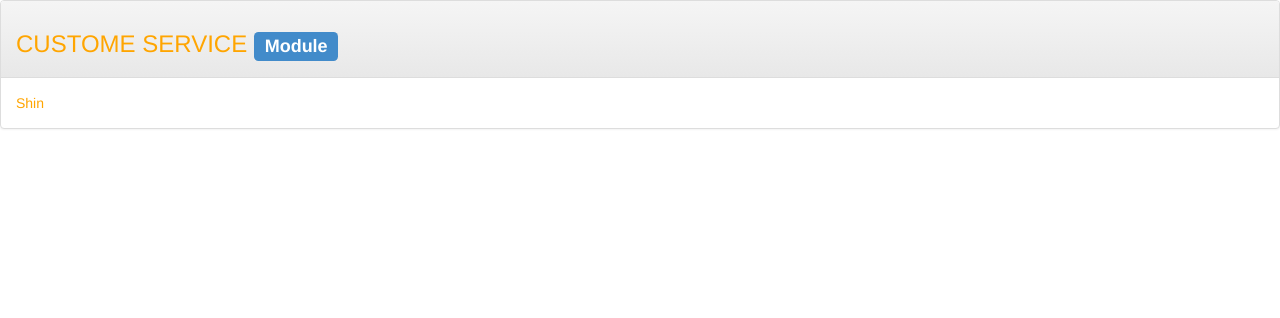
Repository: chisun-joung/workplace
Page: angularJS/WebContent/Chap18_Service/S01_Module.html
The author's editor kept a copy of each file at every save. The page is drawn from the files as they stood at one save, then again after the next save.
The browser window is 1280 px wide. The pictures show the whole page.
Some web libraries are served in a nearby version.

Above is the page before, as saved 2016-11-29 07:25:22.

### angularJS/WebContent/Chap18_Service/S01_Module.html
<!DOCTYPE html>
<html ng-app="app">
<head>
	<meta charset="UTF-8">
	<title>Module</title>
	<script src="https://ajax.googleapis.com/ajax/libs/angularjs/1.2.9/angular.js"></script>
	<link href="bootstrap.css" rel="stylesheet" />
	<link href="bootstrap-theme.css" rel="stylesheet" />
	<script type="text/javascript">
		var demo = angular.module('demo',[]);
		demo.config([function(){
			console.log('demo config')
		}])
		demo.run([function(){
			console.log('demo run')
		}])
		demo.filter('demoFilter', [function(){
			console.log('DemoFilter contructor')
			return function(data){
				console.log("DemoFilter Worker")
				return data.toUpperCase();
			}
		}])
		demo.directive('demoTag', [function(){
			console.log('demoTag constructor')
			return function(scope,element, attr, ctrl) {
				console.log('demoTag Link function')
				element.css('color','orange');
			}
		}])
		demo.factory('demoFactory',[function(){
			return{
				name: "honggildong"
			}
		}])
		demo.controller('demoCtrl',['$scope', function($scope){
			$scope.address = 'Seoul'
		}])


		var app = angular.module('app', ['demo']);
		app.config([function(){
			console.log('app config')
		}])
		app.run([function(){
			console.log('app run')
		}])

		app.controller('mainCtrl', ['$scope', function ($scope) {

		}])
	</script>
</head>
<body ng-controller="mainCtrl">

	<div class="panel panel-default">
		<div class="panel-heading">
			<h3 demo-tag>
				{{ 'Custome Service' | demoFilter }}
				<span class="label label-primary">Module</span>
			</h3>
		</div>

		<div class="panel-body" demo-tag>Shin </div>
	</div>

</body>
</html>

Loaded but not shown: angularJS/WebContent/Chap18_Service/bootstrap.css (library); angularJS/WebContent/Chap18_Service/bootstrap-theme.css (library)

After the next save:
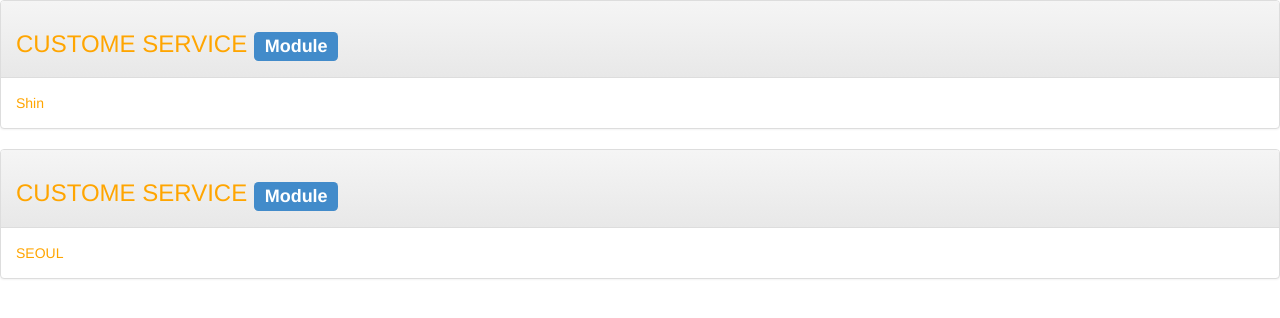
Saved 109 s later.
--- a/angularJS/WebContent/Chap18_Service/S01_Module.html
+++ b/angularJS/WebContent/Chap18_Service/S01_Module.html
@@ -64,5 +64,16 @@
 		<div class="panel-body" demo-tag>Shin </div>
 	</div>
 
+	<div class="panel panel-default" ng-controller="demoCtrl">
+		<div class="panel-heading">
+			<h3 demo-tag>
+				{{ 'Custome Service' | demoFilter }}
+				<span class="label label-primary">Module</span>
+			</h3>
+		</div>
+
+		<div class="panel-body" demo-tag>{{address | demoFilter}} </div>
+	</div>
+
 </body>
 </html>
